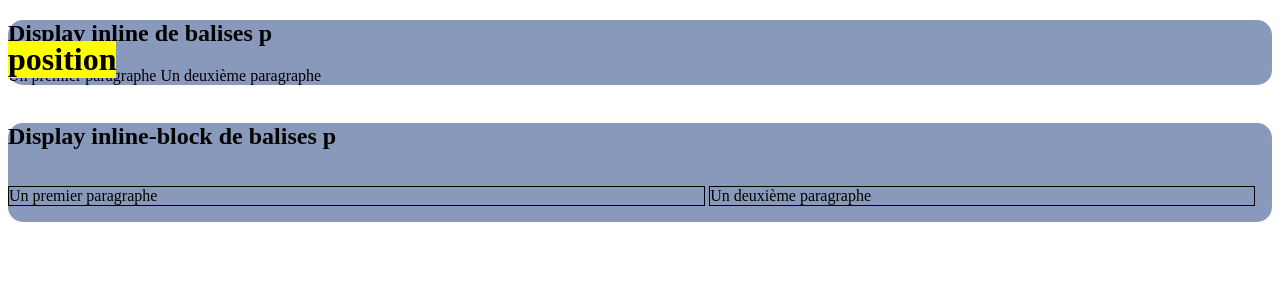
Repository: serviceshuios/Git-Aix-Web
Page: affichage-positionnement/WebContent/index.html
These files come from the project's save history. The page is drawn as it stood at one moment and after the next save; the edit follows.
The browser window is 1280 px wide. The pictures show the whole page.

Above is the page before, as saved 2018-10-25 13:30:36.

After the next save:
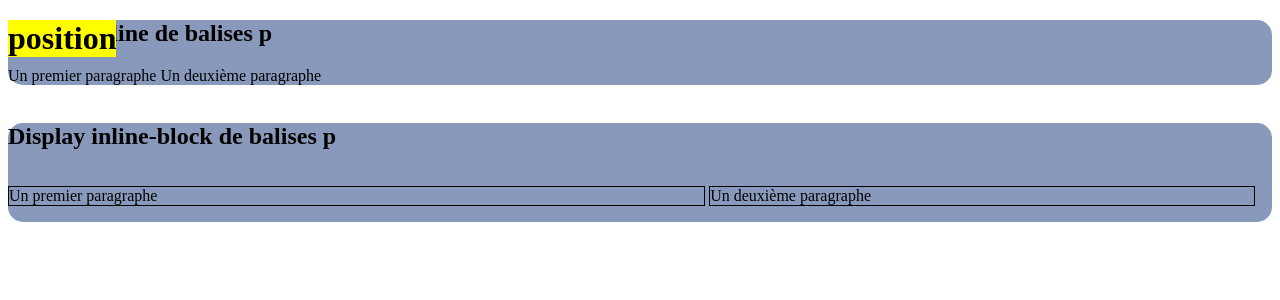
Saved 16 s later.
--- a/affichage-positionnement/WebContent/css/style.css
+++ b/affichage-positionnement/WebContent/css/style.css
@@ -22,4 +22,5 @@
 	position: fixed;
 	background-color: yellow;
 	text-align: center;
+	margin: auto;
 }

After the save that followed:
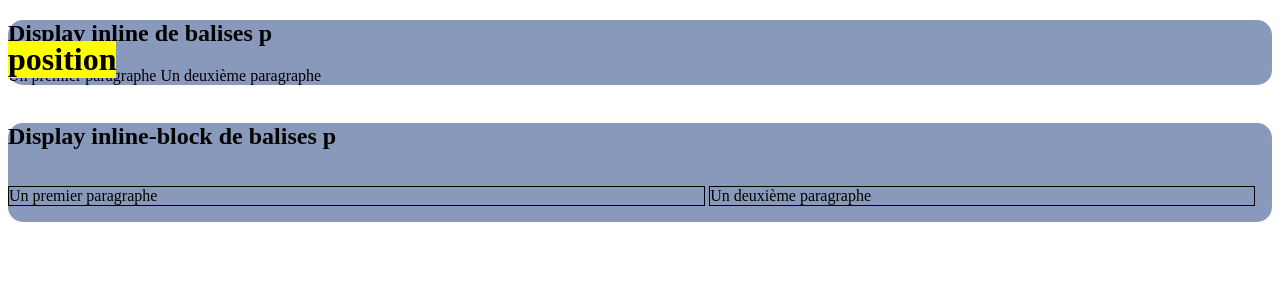
Saved 14 s later.
--- a/affichage-positionnement/WebContent/css/style.css
+++ b/affichage-positionnement/WebContent/css/style.css
@@ -21,6 +21,4 @@
 h1 {
 	position: fixed;
 	background-color: yellow;
-	text-align: center;
-	margin: auto;
 }
